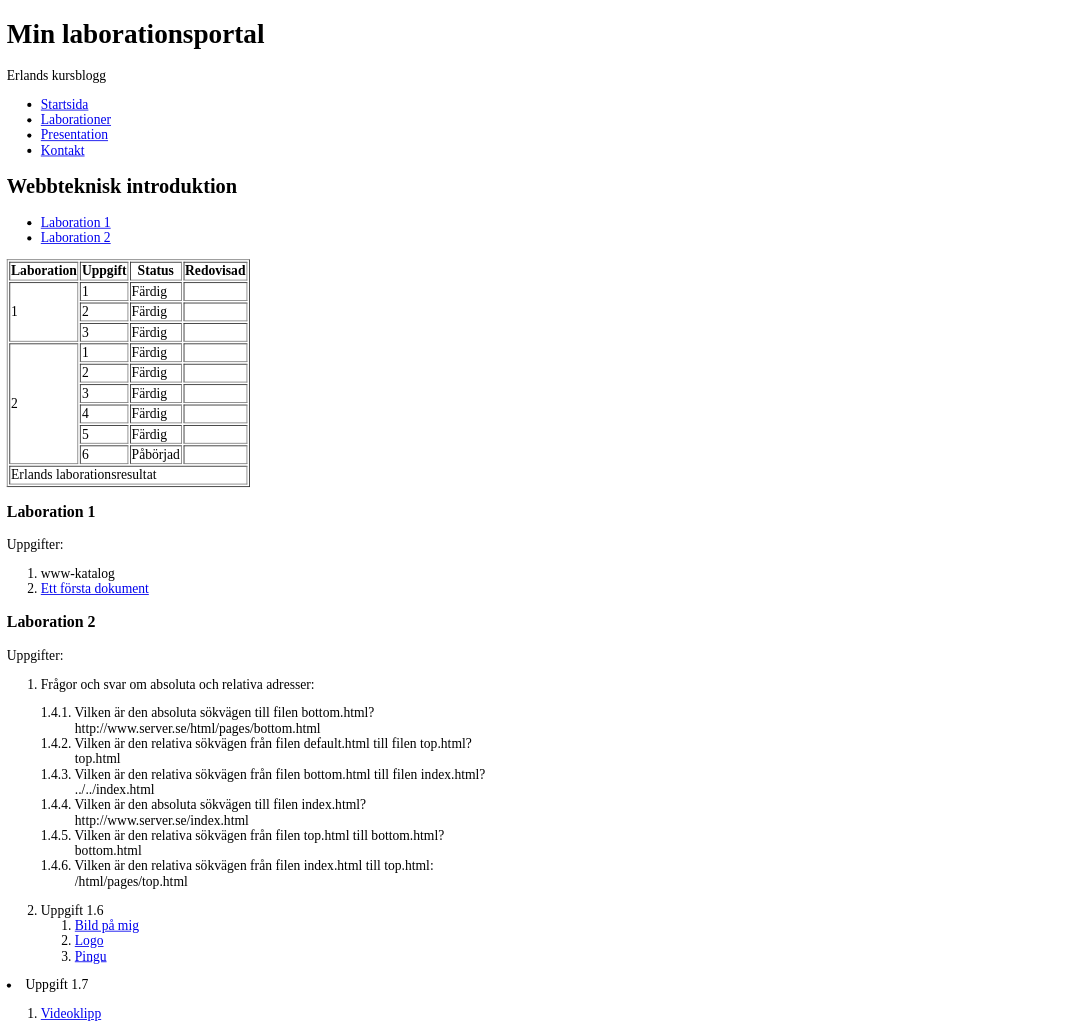
Repository: ej222ru/1IK415-laborationer
Page: pages/laborationer.html
The author's editor kept a record of every edit. The page is drawn from the files as they stood at one moment, then again after the next edit.
The browser window is 1280 px wide. The pictures show the whole page, at 85% of full size.

Above is the page before.

### pages/laborationer.html
<!doctype html>
<html lang="sv">
    <head>
        <meta charset="utf-8" />
        <title>Erlands kursblogg</title>
    </head>
    <body>
    <h1>Min laborationsportal</h1>

    <p>Erlands kursblogg</p>
        <ul>
            <li><a href="../index.html">Startsida</a></li>
            <li><a href="laborationer.html">Laborationer</a></li>
            <li><a href="presentation.html">Presentation</a></li>
            <li><a href="kontakt.html">Kontakt</a></li>
        </ul>
        <h2>Webbteknisk introduktion</h2>
        <ul>
            <li><a href="#Laboration1">Laboration 1</a></li>
            <li><a href="#Laboration2">Laboration 2</a></li>
        </ul>
        <table border=1>
            <thead>
                <tr>
                   <th>Laboration</th>
                   <th>Uppgift</th>
                   <th>Status</th>
                   <th>Redovisad</th>
                </tr>
            </thead>
            <tfoot>
                <tr>
                    <td colspan=4>Erlands laborationsresultat</td>
                </tr>
            </tfoot>
            <tbody>
                <tr>
                    <td rowspan=3>1</td>
                    <td>1</td>
                    <td>Färdig</td>
                    <td></td>
                </tr>
                <tr>
                    <td>2</td>
                    <td>Färdig</td>
                    <td></td>
                </tr>
                <tr>
                    <td>3</td>
                    <td>Färdig</td>
                    <td></td>
                </tr>
                <tr>
                    <td rowspan=6>2</td></td>
                    <td>1</td>
                    <td>Färdig</td>
                    <td></td>
                </tr>
                <tr>
                    <td>2</td>
                    <td>Färdig</td>
                    <td></td>
                </tr>
                <tr>
                    <td>3</td>
                    <td>Färdig</td>
                    <td></td>
                </tr>
                <tr>
                    <td>4</td>
                    <td>Färdig</td>
                    <td></td>
                </tr>
                <tr>
                    <td>5</td>
                    <td>Färdig</td>
                    <td></td>
                </tr>
                <tr>
                    <td>6</td>
                    <td>Påbörjad</td>
                    <td></td>
                </tr>
            </tbody>
        </table>
        <h3>Laboration 1 <a id="Laboration1"></a></h3>
        <p>Uppgifter:</p>
        <ol>
            <li>www-katalog</li>
            <li><a href="presentation.html">Ett första dokument</a></li>
        </ol>
        <h3>Laboration 2 <a id="Laboration2"></a></h3>
        <p>Uppgifter:</p>
        <ol>
            <li>Frågor och svar om absoluta och relativa adresser:
                <dl>
                <dt>1.4.1. Vilken är den absoluta sökvägen till filen bottom.html? </dt>
                <dd>http://www.server.se/html/pages/bottom.html</dd>
                <dt>1.4.2. Vilken är den relativa sökvägen från filen default.html till filen top.html? </dt>
                <dd>top.html</dd>
                <dt>1.4.3. Vilken är den relativa sökvägen från filen bottom.html till filen index.html? </dt>
                <dd>../../index.html</dd>
                <dt>1.4.4. Vilken är den absoluta sökvägen till filen index.html? </dt>
                <dd>http://www.server.se/index.html</dd>
                <dt>1.4.5. Vilken är den relativa sökvägen från filen top.html till bottom.html? </dt>
                <dd>bottom.html</dd>
                <dt>1.4.6. Vilken är den relativa sökvägen från filen index.html till top.html:</dt>
                <dd>/html/pages/top.html</dd>
                </dl>
            </li>
        <li>Uppgift 1.6
            <ol>
                <li><a href="presentation.html#BildMig">Bild på mig</a></li>
                <li><a href="../pics/ErlandLogo.png">Logo</a></li>
                <li><a href="../index.html#BildPingu">Pingu</a></li>
            </ol>
        </li>
        </ol>
        <li>Uppgift 1.7
            <ol>
                <li><a href="../index.html#Videoklipp">Videoklipp</a>
                </li>
            </ol>
        </li>
      </body>
</html>

After the next edit:
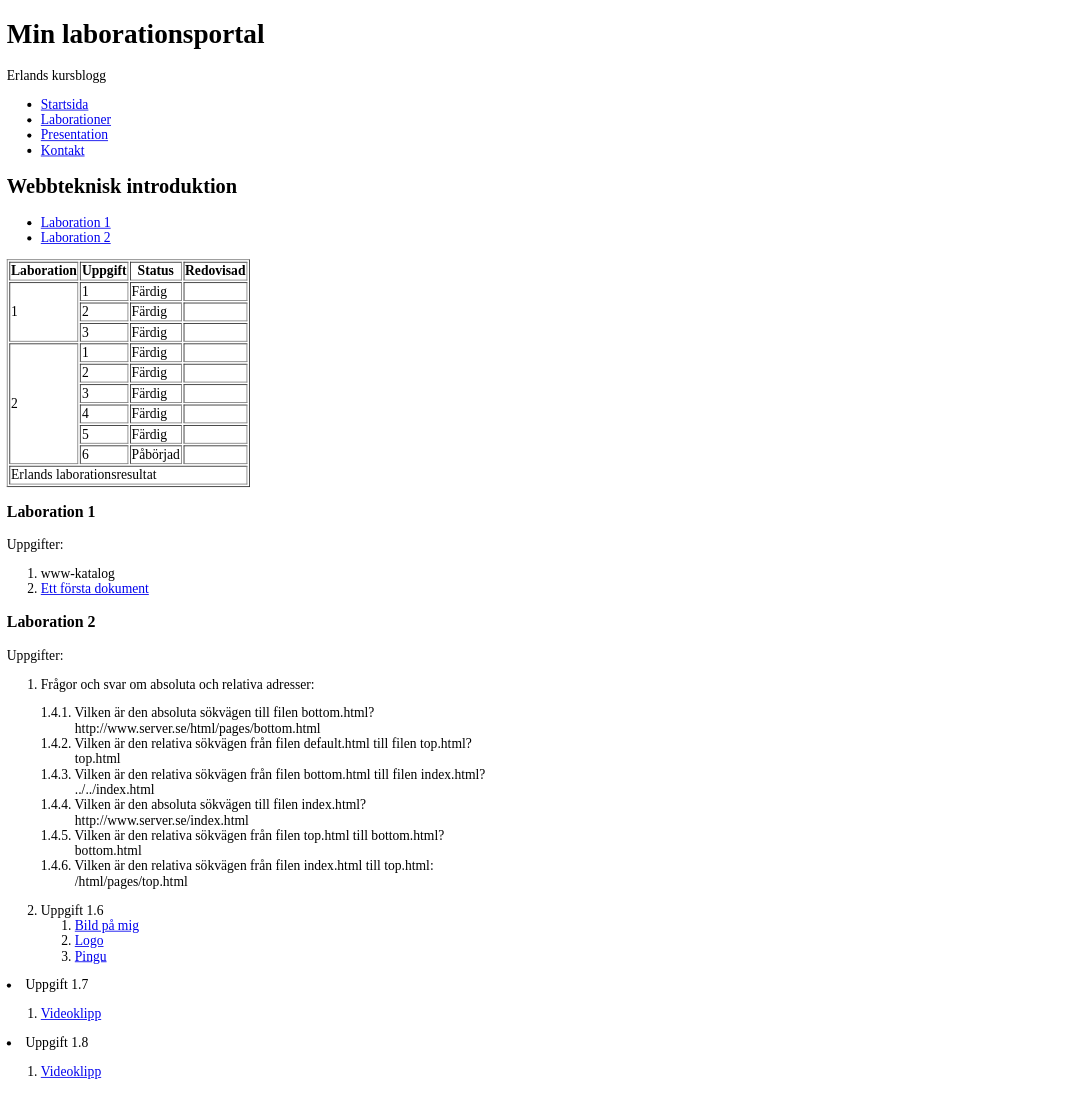
The edit:
--- a/pages/laborationer.html
+++ b/pages/laborationer.html
@@ -122,5 +122,11 @@
                 </li>
             </ol>
         </li>
+        <li>Uppgift 1.8
+            <ol>
+                <li><a href="../index.html#Videoklipp">Videoklipp</a>
+                </li>
+            </ol>
+        </li>
       </body>
 </html>
